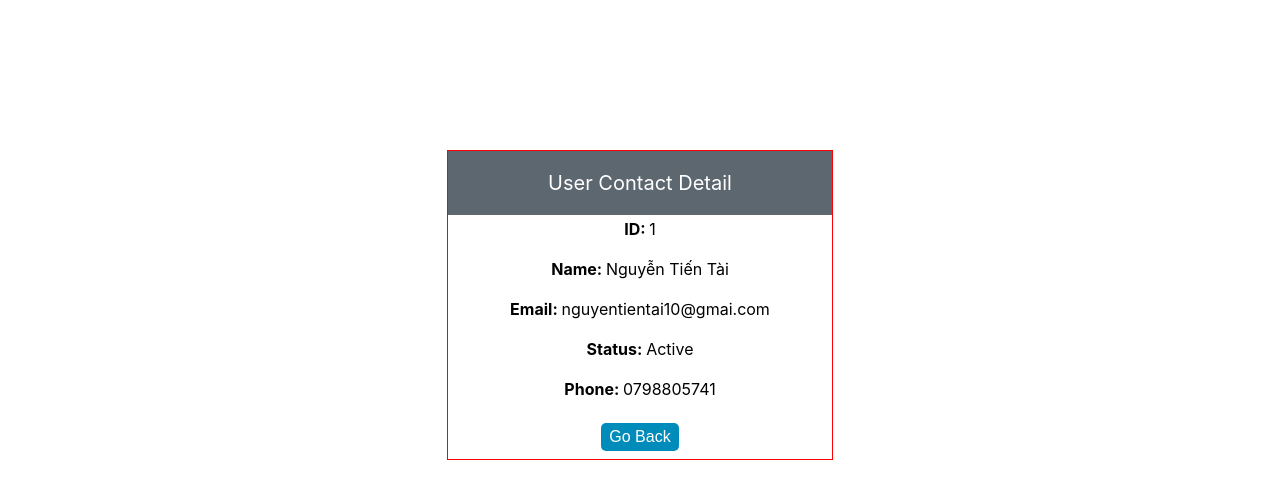
Repository: fdhhhdjd/Redux-Toolkit-CURD-Firebase
Page: /view/1
An editor plug-in stored every save of this project. The page is shown before and after the next save, followed by the edit.
The browser window is 1280 px wide. The pictures show the whole page.
The project was rebuilt for these pictures with package versions that can differ from the ones it lists, and the page was loaded fresh each time. Also part of the build but not shown: src/Component/Home.js, src/Styles/AddEdit.css, src/Component/AddEdit.js.

Above is the page before, as saved 2021-10-24 21:39:53.

After the next save:
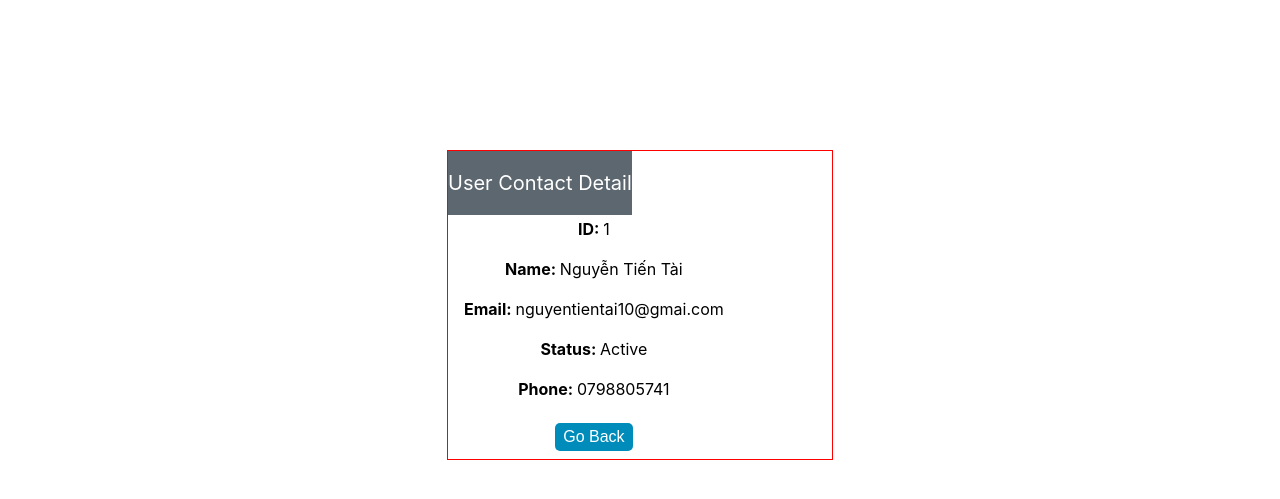
Saved 112 s later.
--- a/src/Styles/View.css
+++ b/src/Styles/View.css
@@ -2,6 +2,7 @@
     width: 30%;
     display: flex;
     flex-direction: column;
+    align-items: flex-start;
     border: 1px red solid;
     align-content: center;
     margin: 0 auto;

After the save that followed:
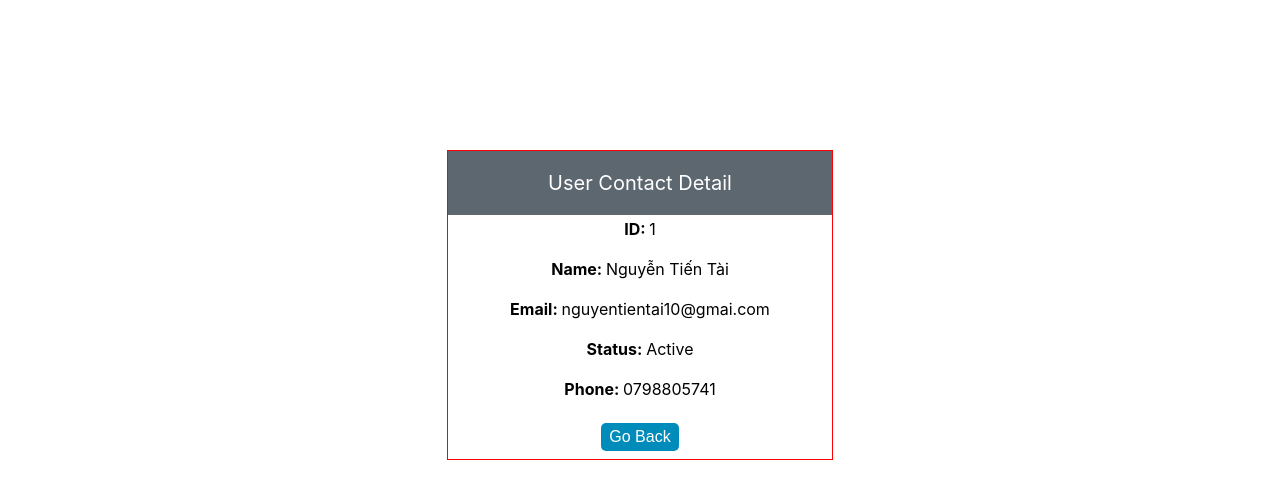
Saved 6 s later.
--- a/src/Styles/View.css
+++ b/src/Styles/View.css
@@ -2,7 +2,7 @@
     width: 30%;
     display: flex;
     flex-direction: column;
-    align-items: flex-start;
+
     border: 1px red solid;
     align-content: center;
     margin: 0 auto;
